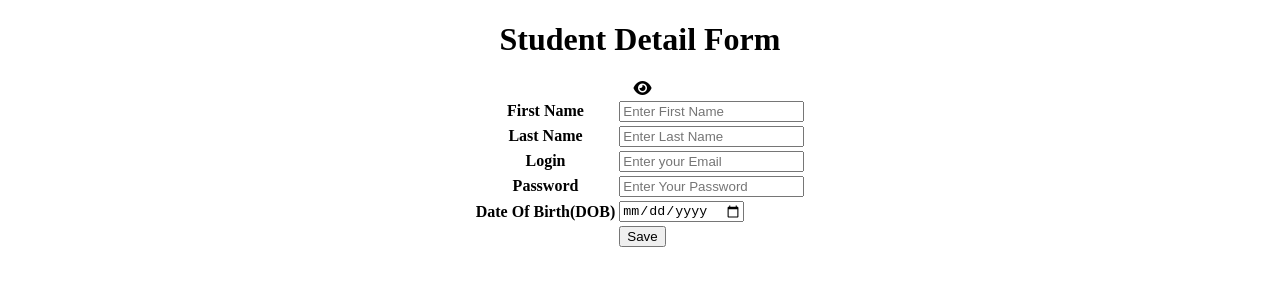
Repository: Abhi070717/Advance-Java
Page: http://localhost/jsp-servlet/UserForm.jsp
An editor plug-in stored every save of this project. The page is shown before and after the next save, followed by the edit.
The browser window is 1280 px wide. The pictures show the whole page.
The page is served by Tomcat 9.

Above is the page before, as saved 2026-01-21 10:34:40.

After the next save:
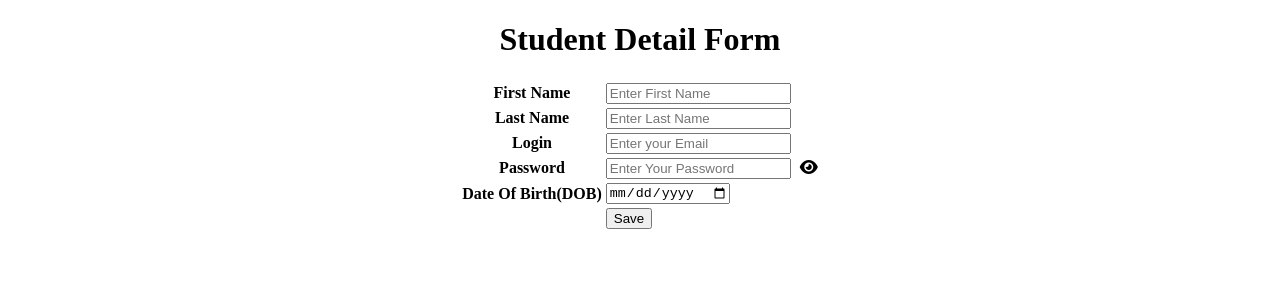
Saved 14 s later.
--- a/Jsp-servlet/jsp-servlet/WebContent/UserForm.jsp
+++ b/Jsp-servlet/jsp-servlet/WebContent/UserForm.jsp
@@ -49,8 +49,8 @@
 				<tr>
 					<th>Password</th>
 					<td><input type="password" id="password" name="password"
-						placeholder="Enter Your Password"> </td><span class="eye"
-						onclick="togglePassword()"><i class="fa fa-eye"></i></span>
+						placeholder="Enter Your Password"> <span class="eye"
+						onclick="togglePassword()"><i class="fa fa-eye"></i></span></td>
 				</tr>
 
 				<tr>
